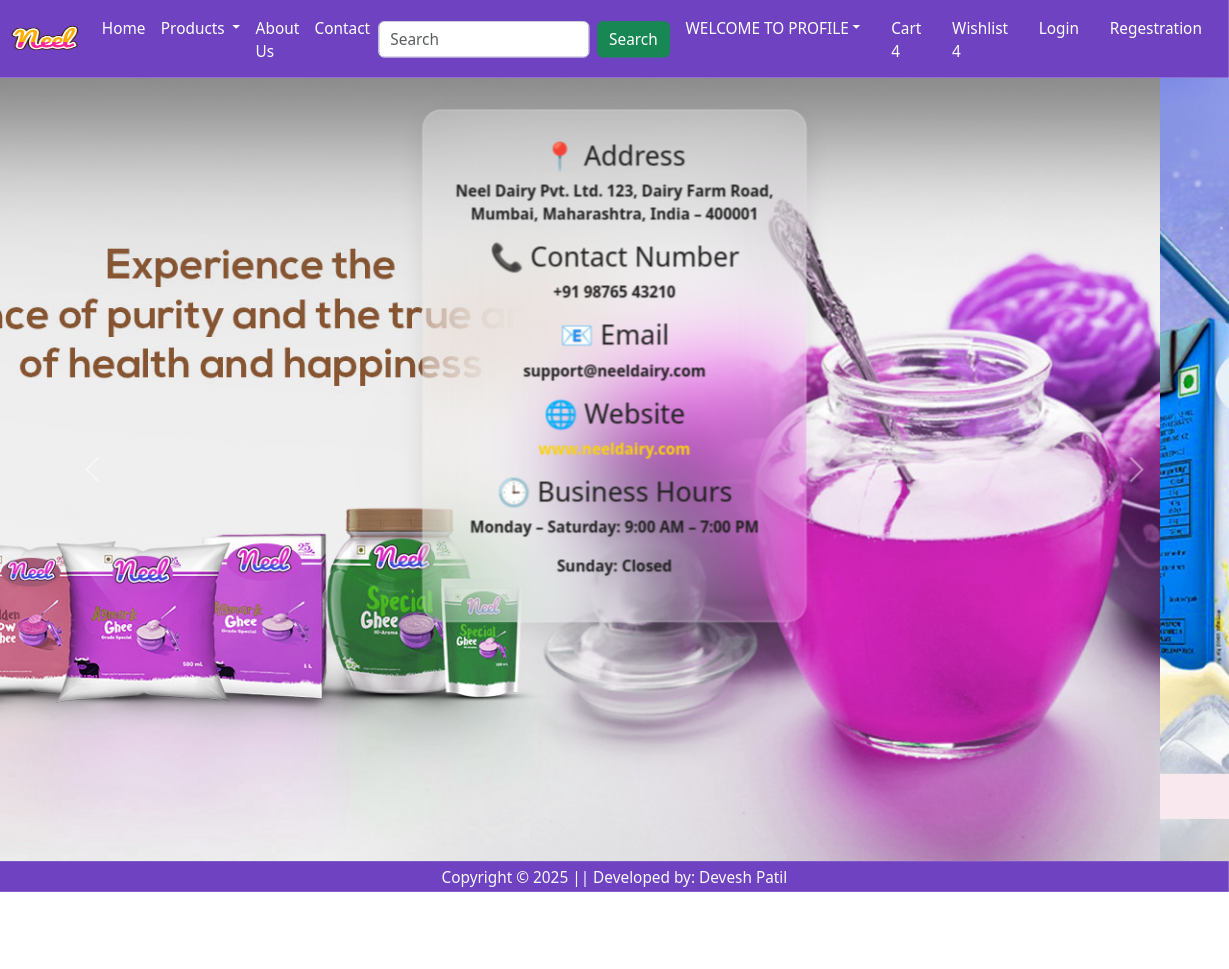
Repository: DeveshPatill/mydjango
Page: http://localhost/contact/
The author's editor kept a copy of each file at every save. The page is drawn from the files as they stood at one save, then again after the next save.
The browser window is 1280 px wide. The pictures show the whole page, at 96% of full size.
The page is served by the project's application, run on Django 5.2 (ec/manage.py). Other server files are loaded and not shown.

Above is the page before, as saved 2025-03-23 02:44:25.

### ec/app/templates/app/contact.html
{% extends 'app/base.html' %}
{% load static %}
{% block title %}About{% endblock title %}


{% block main-content %}
<!-- Background Image Carousel -->
<div id="backgroundCarousel" class="carousel slide" data-bs-ride="carousel">
    <div class="carousel-inner">
        <div class="carousel-item active">
            <img src="{%static 'app/images/banner/b1.jpg' %}" class="d-block w-100" alt="Dairy Banner 1">
        </div>
        <div class="carousel-item">
            <img src="{%static 'app/images/banner/b2.jpg' %}" class="d-block w-100" alt="Dairy Banner 2">
        </div>
        <div class="carousel-item">
            <img src="{%static 'app/images/banner/b3.jpg' %}" class="d-block w-100" alt="Dairy Banner 3">
        </div>
    </div>

    <!-- Carousel Controls -->
    <button class="carousel-control-prev" type="button" data-bs-target="#backgroundCarousel" data-bs-slide="prev">
        <span class="carousel-control-prev-icon" aria-hidden="true"></span>
        <span class="visually-hidden">Previous</span>
    </button>
    <button class="carousel-control-next" type="button" data-bs-target="#backgroundCarousel" data-bs-slide="next">
        <span class="carousel-control-next-icon" aria-hidden="true"></span>
        <span class="visually-hidden">Next</span>
    </button>
</div>

<!-- Fixed Contact Information (Centered Bottom) -->
<div class="contact-box mx-8 mt-5">
    <h3>📍 Address</h3>
    <p>Neel Dairy Pvt. Ltd.
    123, Dairy Farm Road, Mumbai, Maharashtra, India – 400001</p>

    <h3>📞 Contact Number</h3>
    <p>+91 98765 43210</p>

    <h3>📧 Email</h3>
    <p>support@neeldairy.com</p>

    <h3>🌐 Website</h3>
    <p><a href="https://www.neeldairy.com" target="_blank">www.neeldairy.com</a></p>

    <h3>🕒 Business Hours</h3>
    <p>Monday – Saturday: 9:00 AM – 7:00 PM</p>
    <p>Sunday: Closed</p>
</div>

<style>
    /* Set the carousel image size */
    .carousel-item img {
        width: 100%;
        height: 816px;
        object-fit: cover;
    }

    /* Contact Box - Fixed Center Bottom */
    .contact-box {
        position: absolute;
        bottom: 10%;
        left: 50%;
        transform: translate(-50%, 0);
        background: rgba(0, 0, 0, 0.7);
        color: white;
        padding: 20px;
        border-radius: 10px;
        text-align: center;
        width: 400px;
    }

    .contact-box a {
        color: #f8d210;
        text-decoration: none;
    }

    .contact-box a:hover {
        text-decoration: underline;
    }
    .contact-box {
    background: rgba(255, 255, 255, 0.2); /* More transparent, less white */
    backdrop-filter: blur(50px) saturate(180%); /* High blur + slight saturation for mirror effect */
    -webkit-backdrop-filter: blur(50px) saturate(180%);
    border-radius: 20px; /* Smooth corners */
    padding: 30px;
    color: #222; /* Darker text for contrast */
    font-weight: bold;
    box-shadow: 0 10px 25px rgba(0, 0, 0, 0.1); /* Softer and subtle depth */
    border: 1px solid rgba(255, 255, 255, 0.3); /* Thin border for a frosted look */
    }

</style>
{% endblock main-content %}

### ec/app/templates/app/base.html
<!DOCTYPE html>
{% load static %}
<html lang="en">
<head>
    <meta charset="UTF-8">
    <meta http-equiv="X-UA-Compatible" content="IE=edge">
    <meta name="viewport" content="width=device-width, initial-scale=1.0">

    <link href="https://cdn.jsdelivr.net/npm/bootstrap@5.3.3/dist/css/bootstrap.min.css" rel="stylesheet" integrity="sha384-QWTKZyjpPEjISv5WaRU9OFeRpok6YctnYmDr5pNlyT2bRjXh0JMhjY6hW+ALEwIH" crossorigin="anonymous">

    <link rel="stylesheet" href="{% static 'app/css/owl.carousel.min.css' %}" />
    <link rel="stylesheet" href="{% static 'app/css/all.min.css' %}" />
    <link rel="stylesheet" href="{% static 'app/css/style.css' %}" />

    <title> Dairy Products | {% block title %} {% endblock title %} </title>
</head>
<body>
    <nav class="navbar navbar-expand-lg navbar-dark" style="background-color: #6f42c1;">
        <div class="container-fluid">
          <a class="navbar-brand" href="#">
            <img src="{% static 'app/images/product/Neel.png' %}" width="70px" height="55px"   />
          </a>
          <button class="navbar-toggler" type="button" data-bs-toggle="collapse" data-bs-target="#navbarSupportedContent" aria-controls="navbarSupportedContent" aria-expanded="false" aria-label="Toggle navigation">
            <span class="navbar-toggler-icon"></span>
          </button>
          <div class="collapse navbar-collapse" id="navbarSupportedContent">
            <ul class="navbar-nav me-auto mb-2 mb-lg-0">
              <li class="nav-item">
                <a class="nav-link active" aria-current="page" href="/">Home</a>
              </li>
              <li class="nav-item dropdown">
                <a class="nav-link dropdown-toggle text-white" href="#" role="button" data-bs-toggle="dropdown" aria-expanded="false">
                  Products
                </a>
                <ul class="dropdown-menu">
                  <li><a class="dropdown-item" href="{% url 'category' 'ML' %}">Milk</a></li>
                  <li><a class="dropdown-item" href="{% url 'category' 'CR' %}">Curd</a></li>
                  <li><a class="dropdown-item" href="{% url 'category' 'MS' %}">MilkShake</a></li>
                  <li><a class="dropdown-item" href="{% url 'category' 'LS' %}">Lassi</a></li>
                  <li><a class="dropdown-item" href="{% url 'category' 'GH' %}">Ghee</a></li>
                  <li><a class="dropdown-item" href="{% url 'category' 'PN' %}">Paneer</a></li>
                  <li><a class="dropdown-item" href="{% url 'category' 'CZ' %}">Cheese</a></li>
                  <li><a class="dropdown-item" href="{% url 'category' 'IC' %}">Ice-Cream</a></li>

                </ul>
              </li>
              <li class="nav-item">
                <a class="nav-link text-white" href="{% url 'about'  %}">About Us</a>
              </li>
              <li class="nav-item">
                <a class="nav-link text-white" href="{% url 'contact'  %}">Contact</a>
              </li>

            </ul>
            <form class="d-flex" role="search">
              <input class="form-control me-2" type="search" placeholder="Search" aria-label="Search">
              <button class="btn btn-success" type="submit">Search</button>
            </form>
          </div>
          <ul class="navbar-nav me-auto mb-2 mb-lg-0">
            <li class="nav-item dropdown mx-2">
                <a class="nav-link dropdown-toggle text-white" href="#" id="profileDropdown" role="button" data-bs-toggle="dropdown" aria-expanded="false">WELCOME TO PROFILE</a>
                <ul class="dropdown-menu" aria-labelledby="profileDropdown">
                    <li><a class="dropdown-item" href="#">Profile</a></li>
                    <li><a class="dropdown-item" href="#">Orders</a></li>
                    <li><a class="dropdown-item" href="#">Change Password</a></li>
                    <li><a class="dropdown-item" href="#">Logout</a></li>
                </ul>
            </li>
            <li class="nav-item mx-2">
                <a href="#" class="nav-link text-white">Cart 4</a>
            </li>
            <li class="nav-item mx-2">
                <a href="#" class="nav-link text-white">Wishlist 4</a>
            </li>
            <li class="nav-item mx-2">
                <a href="#" class="nav-link text-white">Login</a>
            </li>
            <li class="nav-item mx-2">
                <a href="#" class="nav-link text-white">Regestration</a>
            </li>

          </ul>
        </div>
      </nav>
      {% block banner-slider %}{% endblock banner-slider %}

      {% block information %}{% endblock information %}

      {% block main-content %}{% endblock main-content %}

    <footer class="text-center text-light py-3 relative" style="background-color: #6f42c1; height: 5px; line-height: 2px;">
        Copyright © 2025 || Developed by: Devesh Patil
    </footer>






    <script src="https://cdn.jsdelivr.net/npm/@popperjs/core@2.11.8/dist/umd/popper.min.js" integrity="sha384-I7E8VVD/ismYTF4hNIPjVp/Zjvgyol6VFvRkX/vR+Vc4jQkC+hVqc2pM8ODewa9r" crossorigin="anonymous"></script>
    <script src="https://cdn.jsdelivr.net/npm/bootstrap@5.3.3/dist/js/bootstrap.min.js" integrity="sha384-0pUGZvbkm6XF6gxjEnlmuGrJXVbNuzT9qBBavbLwCsOGabYfZo0T0to5eqruptLy" crossorigin="anonymous"></script>

    <script src=https://cdnjs.cloudflare.com/ajax/libs/jquery/3.7.1/jquery.min.js></script>


    <script script="{% static 'app/js/owl.carousel.min.js' %}"></script>
    <script script="{% static 'app/js/all.min.js' %}"></script>
    <script script="{% static 'app/js/myscript.js' %}"></script>

</body>
</html>

### ec/app/views.py
from django.shortcuts import render
from django.http import HttpResponse
from django.views import View
from urllib import request
from . models import Product
from django.db.models import Count

# Create your views here.
def home(request):
    return render(request,"app/home.html")

def about(request):
    return render(request,"app/about.html")

def contact(request):
    return render(request,"app/contact.html")


class CategoryView(View):
    def get(self,request,val):
        product = Product.objects.filter(category=val)
        title=Product.objects.filter(category=val).values('title')
        return render(request,"app/category.html",locals())

class CategoryTitle(View):
    def get(self,request,val):
        product = Product.objects.filter(title=val)
        title = Product.objects.filter(category=product[0].category).values('title')
        return render(request,"app/category.html",locals())


class ProductDetail(View):
    def get(self,request,pk):
        product = Product.objects.get(pk=pk)
        return render(request,"app/productdetail.html",locals())

### ec/ec/urls.py
"""
URL configuration for ec project.

The `urlpatterns` list routes URLs to views. For more information please see:
    https://docs.djangoproject.com/en/5.1/topics/http/urls/
Examples:
Function views
    1. Add an import:  from my_app import views
    2. Add a URL to urlpatterns:  path('', views.home, name='home')
Class-based views
    1. Add an import:  from other_app.views import Home
    2. Add a URL to urlpatterns:  path('', Home.as_view(), name='home')
Including another URLconf
    1. Import the include() function: from django.urls import include, path
    2. Add a URL to urlpatterns:  path('blog/', include('blog.urls'))
"""

from django.contrib import admin
from django.urls import path,include

urlpatterns = [
    path("admin/", admin.site.urls),
    path("", include("app.urls")),

]

### ec/app/urls.py
from django.urls import path
from .import views
from django.conf import settings
from django.conf.urls.static import static

urlpatterns = [
    path("",views.home),
    path("about/",views.about,name="about"),
    path("contact/",views.contact,name="contact"),
    path("category/<slug:val>",views.CategoryView.as_view(),name="category"),
    path("category-title/<val>",views.CategoryTitle.as_view(),name='category-title'),
    path("product-detail/<int:pk>",views.ProductDetail.as_view(),name="product-detail"),
]+static(settings.MEDIA_URL,document_root=settings.MEDIA_ROOT)

### ec/app/static/app/css/style.css
.owl-carousel .item{
 /* border: 1px solid black; */
 font-size: 24px;
 text-align: center;
 margin-top: 20px;
 transition: transform .5s ease;
}

 .owl-carousel .item:hover{
    /* border: 1px solid black; */
    transform : scale(1.1);
}

/* .owl-carousel img{
    transition: transform .5s ease;
  }
 .owl-carousel img:hover{

    transform : scale(1.25);
} */

.owl-next{
 float:right;
}
.owl-prev{
 float:left;
}
.owl-prev span{
 font-size: 24px;
 font-weight: bold;
}
.owl-next span{
 font-size: 24px;
 font-weight: bold;
}




.buttermilk{
    background-color:#fff;background-image:linear-gradient(#fff7ef, #fff);
    background-image:-webkit-linear-gradient(#fff7ef, #fff);
    background-image:-moz-linear-gradient(#fff7ef, #fff);
    background-image:-ms-linear-gradient(#fff7ef, #fff);
    background-image:-o-linear-gradient(#fff7ef, #fff);
    padding:50px 40px;
    border:1px solid #efe8e1;
    padding-bottom:20px;
}

.smbg{
    background-color:#fff;
    background-image:linear-gradient(rgba(110, 69, 143, 0.1), #fff);
    background-image:-webkit-linear-gradient(rgba(110, 69, 143, 0.1), #fff);
    background-image:-moz-linear-gradient(rgba(110, 69, 143, 0.1), #fff);
    background-image:-ms-linear-gradient(rgba(110, 69, 143, 0.1), #fff);
    background-image:-o-linear-gradient(rgba(110, 69, 143, 0.1), #fff);
}

.curdbgpro{
    background-color:#fff;
    background-image:linear-gradient(rgba(10, 77, 123, 0.1), #fff);
    background-image:-webkit-linear-gradient(rgba(10, 77, 123, 0.1), #fff);
    background-image:-moz-linear-gradient(rgba(10, 77, 123, 0.1), #fff);
    background-image:-ms-linear-gradient(rgba(10, 77, 123, 0.1), #fff);
    background-image:-o-linear-gradient(rgba(10, 77, 123, 0.1), #fff);
}

.goodnessseccont img{
    width:100%;
}

.mlkpro{
    color:#636362;
    font-size:22px;
    line-height:22px;
    margin-bottom:15px;
    width:43%;
    margin:0 auto;
    text-align:center;

}

.goodnesssec a{
    text-decoration: none;
}


/*------------------------------------------------*/
body {
    padding-bottom: 80px; /* Adjust this value based on footer height */
}

Loaded but not shown: ec/app/static/app/css/owl.carousel.min.css (library); ec/app/static/app/css/all.min.css (library)

After the next save:
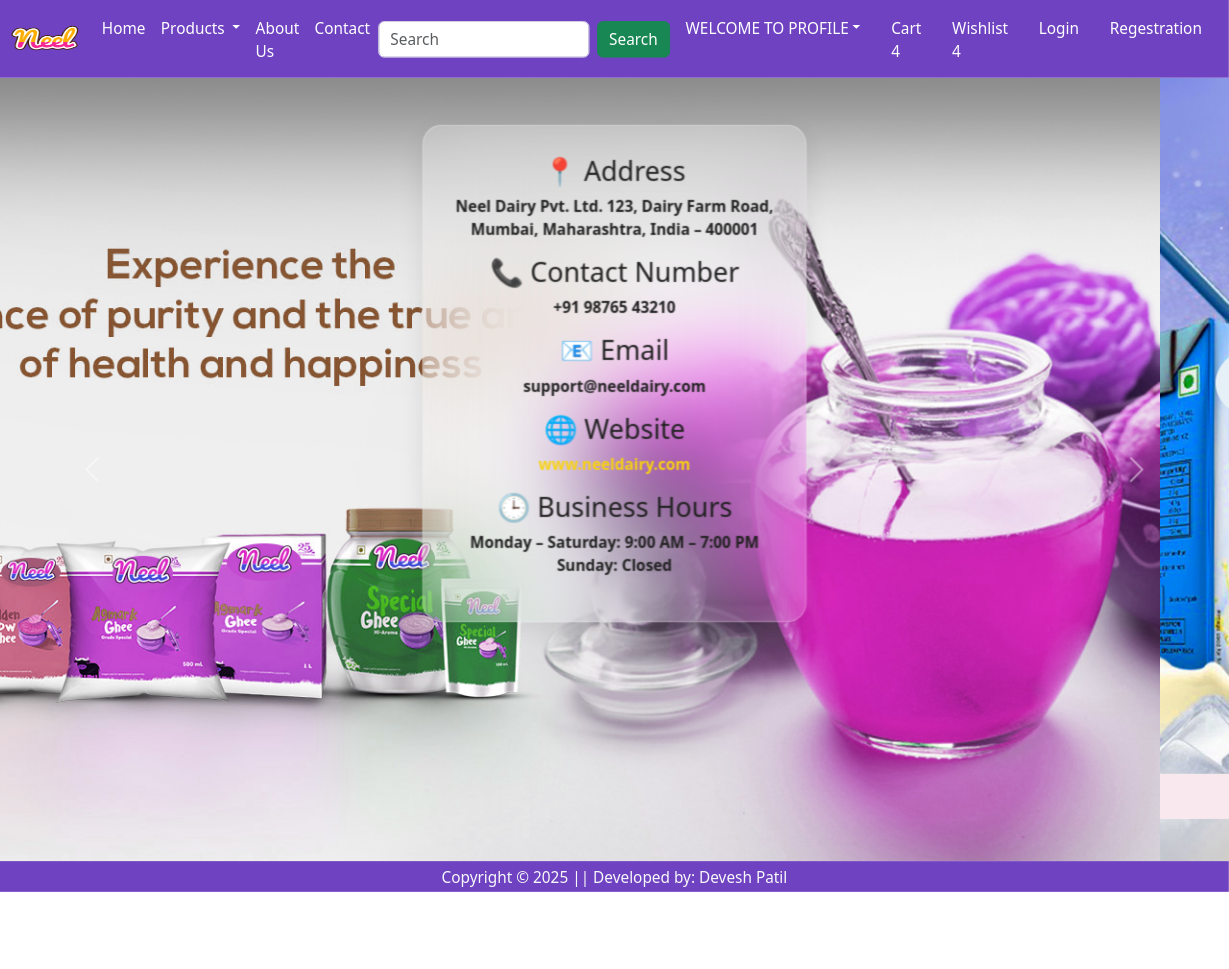
Saved 2 min 4 s later.
--- a/ec/app/templates/app/contact.html
+++ b/ec/app/templates/app/contact.html
@@ -45,8 +45,8 @@
     <p><a href="https://www.neeldairy.com" target="_blank">www.neeldairy.com</a></p>
 
     <h3>🕒 Business Hours</h3>
-    <p>Monday – Saturday: 9:00 AM – 7:00 PM</p>
-    <p>Sunday: Closed</p>
+    <p>Monday – Saturday: 9:00 AM – 7:00 PM
+    Sunday: Closed</p>
 </div>
 
 <style>
